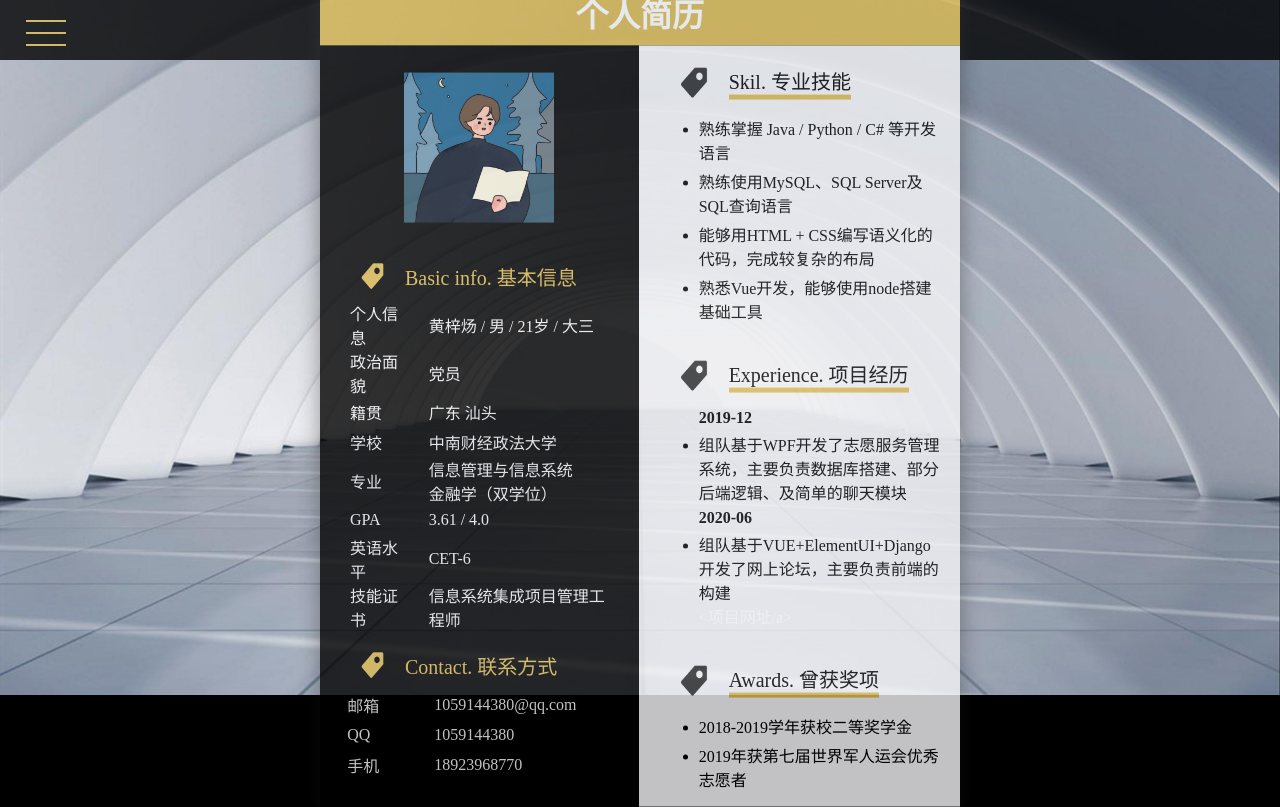
Repository: ustc-hzy/ziYang
Page: resume.html
The author's editor kept a copy of each file at every save. The page is drawn from the files as they stood at one save, then again after the next save.
The browser window is 1280 px wide. The pictures show the whole page.

Above is the page before, as saved 2020-06-18 18:31:47.

### resume.html
<!DOCTYPE html>
<html lang="en">
<head>
    <meta charset="UTF-8">
    <meta name="viewport" content="width=device-width, initial-scale=1.0">
    <link rel="stylesheet" href="css/style.css" type="text/css">
    <link rel="stylesheet" href="css/resume.css" type="text/css">
    <title>个人简历</title>
</head>
<body>
    <header>
        <!-- 导航栏部分 -->
        <div class="inner">
            <!-- 用于控制菜单栏开关 -->
            <input type="checkbox" id="ham">
            <!-- 菜单栏icon -->
            <label for="ham">
                <div class="hamburger-container">
                    <span></span>
                    <span></span>
                    <span></span>
                </div>
            </label>
            <!-- 菜单栏各项 -->
            <nav>
                <ul>
                    <li><a href="index.html">网站首页</a></li>
                    <li><a href="resume.html">个人简历</a></li>
                    <li><a href="album.html">旅行相册</a></li>
                    <li><a href="asset.html">PS作品集</a></li>
                    <li><a href="episode.html">剧集收藏</a></li>
                </ul>
            </nav>
            <!-- 打开菜单栏的遮罩 -->
            <div class="mask"></div>
        </div>

        <!-- 简历部分 -->
        <div class="content-container">
            <table>
                <caption class="table-title">个人简历</caption>
                <tr>
                    <!-- 左侧一列，共三行 -->
                    <td class="left-column">
                        <table>
                            <tr>
                                <!-- 头像 -->
                                <td class="left-column portary" align="center">
                                    <img src="img/user.png" width="150px">
                                </td>
                            </tr>
                            <tr>
                                <!-- 基本信息 -->
                                <td  align="center">
                                    <table>
                                        <div class="small-table-title"><img src="img/label.png" width="25px"> <span>Basic info. 基本信息</span></div>
                                        <tr>
                                            <td>个人信息</td>
                                            <td>黄梓炀 / 男 / 21岁 / 大三</td>
                                        </tr>
                                        <tr>
                                            <td>政治面貌</td>
                                            <td>党员</td>
                                        </tr>
                                        <tr>
                                            <td>籍贯</td>
                                            <td>广东 汕头</td>
                                        </tr>
                                        <tr>
                                            <td>学校</td>
                                            <td>中南财经政法大学</td>
                                        </tr>
                                        <tr>
                                            <td>专业</td>
                                            <td>
                                                <div>信息管理与信息系统</div>
                                                <div>金融学（双学位）</div>
                                            </td>
                                        </tr>
                                        <tr>
                                            <td>GPA</td>
                                            <td>3.61 / 4.0</td>
                                        </tr>
                                        <tr>
                                            <td>英语水平</td>
                                            <td>CET-6</td>
                                        </tr>
                                        <tr>
                                            <td>技能证书</td>
                                            <td>信息系统集成项目管理工程师</td>
                                        </tr>
                                    </table>
                                </td>
                            </tr>
                            <tr>
                                <!-- 联系方式 -->
                                <td align="center">
                                    <table class="contact">
                                        <div class="small-table-title"><img src="img/label.png" width="25px"> <span>Contact. 联系方式</span></div>
                                        <tr>
                                            <td class="label">邮箱</td>
                                            <td>1059144380@qq.com</td>
                                        </tr>
                                        <tr>
                                            <td class="label">QQ</td>
                                            <td>1059144380</td>
                                        </tr>
                                        <tr>
                                            <td class="label">手机</td>
                                            <td>18923968770</td>
                                        </tr>
                                    </table>
                                </td>
                            </tr>
                        </table>
                    </td>
                    <!-- 右侧一列，共三行 -->
                    <td class="right-column">
                        <table>
                            <tr>
                                <!-- 专业技能 -->
                                <td>
                                    <table class="skill">
                                        <div class="small-table-title"><img src="img/label_black.png" width="30px"><span>Skil. 专业技能</span></div>
                                        <ul>
                                            <li>熟练掌握 Java / Python / C# 等开发语言</li>
                                            <li>熟练使用MySQL、SQL Server及SQL查询语言</li>
                                            <li>能够用HTML + CSS编写语义化的代码，完成较复杂的布局</li>
                                            <li>熟悉Vue开发，能够使用node搭建基础工具</li>
                                        </ul>
                                    </table>
                                </td>
                            </tr>
                            <tr>
                                <!-- 实践经历 -->
                                <td>
                                    <table class="experience">
                                        <div class="small-table-title"><img src="img/label_black.png" width="30px"><span>Experience. 项目经历</span></div>
                                        <ul>
                                            <li class="date">2019-12</li>
                                            <li>组队基于WPF开发了志愿服务管理系统，主要负责数据库搭建、部分后端逻辑、及简单的聊天模块</li>
                                            <li class="date">2020-06</li>
                                            <li>组队基于VUE+ElementUI+Django开发了网上论坛，主要负责前端的构建
                                                <div><a href="http://47.107.33.14/dist/index.html"><项目网址/a> </div>
                                            </li>
                                        </ul>
                                    </table>
                                </td>
                            </tr>
                            <tr>
                                <!-- 曾获奖项 -->
                                <td>
                                    <table class="awards">
                                        <div class="small-table-title"><img src="img/label_black.png" width="30px"><span>Awards. 曾获奖项</span></div>
                                        <ul>
                                            <li>2018-2019学年获校二等奖学金</li>
                                            <li>2019年获第七届世界军人运会优秀志愿者</li>
                                        </ul>
                                    </table>
                                </td>
                            </tr>
                        </table>
                    </td>
                </tr>
            </table>
        </div>
    </header>
</body>
</html>

### css/style.css
body {
    height: 100%;
    width: 100%;
    margin: 0 auto;
    padding: 0 0 ;
    background-color: #000000;
    background-image: url(../img/user_bg.jpg);
    background-repeat: no-repeat;
    background-size: cover;
    overflow: auto;
}
header{
    height: 60px;
    background-color: #000000;
    opacity: 0.8;
}
.inner{
    width: 96%;
    margin: auto;
}
#ham{
    display: none;
}
/* 当chexkbox选中时，改变第一条线 */
#ham:checked + label .hamburger-container span:nth-child(1){
    transform: rotate(45deg);
    top: 11px;
    transition: transform .3s ease-in-out, top .3s ease-in-out 3s;
}
/* 当chexkbox选中时，第二条线消失 */
#ham:checked + label .hamburger-container span:nth-child(2){
    opacity: 0;
}
/* 当chexkbox选中时，改变第三条线 */
#ham:checked + label .hamburger-container span:nth-child(3){
    transform: rotate(-45deg);
    top: -11px;
    transition: transform .3s ease-in-out, top .3s ease-in-out 3s;
}
.hamburger-container span:nth-child(2){
    margin-top: 10px;
    transition: opacity .1s ease-in-out .1s;
}
.hamburger-container span:nth-child(3){
    margin-top: 10px;
}
.hamburger-container{
    display: block;
    width: 40px;
    height: 40px;
    position: relative;
    top: 20px;
    z-index: 100;
}
.hamburger-container span{
    display: block;
    height: 2px;
    background-color: #dbba53;
    position: relative;
    transition: transform .3s ease-in-out, top .3s ease-in-out .3s;
}
nav{
    position: absolute;
    z-index: 100;
    color: #fff;
    top: 50px;
    transform: scaleY(0); /* 垂直方向缩小到0，即关闭 */
    transition: all .3s ease-in-out;
    transform-origin: 50% 0; /* 将中心点移到顶部 */
    opacity: 0; /* 渐入渐出效果 */
}
/* 当chexkbox选中时，展示nav */
#ham:checked ~ nav{
    transform: scaleY(1); /* 垂直方向扩大到1，即打开 */
    opacity: 1;
    transition: all .3s ease-in-out;
}
.mask {
    width: 100vw;
    height: 100vh;
    position: fixed;
    top: 0;
    left: 0;
    background: #000000;
    opacity: 0;
    z-index: 10; /* 防止遮住要显示的部分 */
    transform: scaleY(0);
    transform-origin: 50% 0;
    transition: all .3s ease-in-out;
}
#ham:checked ~ .mask{
    opacity: 1;
    transform: scaleY(1);
    transition: all .3s ease-in-out;
}
nav ul{
    position: relative;
    right: 40px;
    margin-top: 2em;
    list-style-type:none;
    font-size: 35px;
}
nav ul li{
    margin-top: 1em;
}
nav ul li:hover{
    transform: scale(1.2, 1.2); /* transform从元素中心开始变化，不会影响到其他元素 */
}
nav ul li a:hover{
    color: #dbba53;
}
.name-container{
    position: absolute;
    top: 50%;
    left: 50%;
    transform: translate(-50%,-50%);
    z-index: 1;
    background-color: rgba(0,0,0,0.3); /* 此处使用opacity会让文字也变透明 */
    box-shadow: 0 5px 20px rgba(26,26,26,0.5);
}
.mid-name{
    color: #fff;
    font-size: 50px;
    border: 8px solid #fff;
    padding: 40px;
    text-align: center;
}
.mid-name .id{
    margin-top: 10px;
    font-size: 40px;
}
a{
    text-decoration: none;
    color: #ffffff;
}

### css/resume.css
/* 主题内容框 */
.content-container{
    position: absolute;
    top: 50%;
    left: 50%;
    transform: translate(-50%,-46%);
    z-index: 1;
    box-shadow: 0 5px 20px rgba(26,26,26,0.5);
}
table{
    border-spacing: 0;
}
table tr td {
    height: 30px;
    padding: 0px 10px;
}
/* 大标题 */
.table-title{
    color: #ffffff;
    font-size: 32px;
    font-weight: bold;
    padding: 10px 0 ;
    background-color: #dbba53;
}

/* 简历左侧部分 */
.left-column{
    width: 2000px;
    background-color: #000000;
    color: #f3f3f5;
}
/* 简历右侧部分 */
.right-column{
    width: 2000px;
    background-color: #f3f3f5;
}
/* 头像 */
.portary img{
    margin: 15px 0px;
}
/* 左侧小标题 */
.left-column .small-table-title{
    display: flex;
    flex-wrap: nowrap;
    margin-top: 20px;
    margin-bottom: 10px;
    font-size: 20px;
    color: #dbba53;
}
/* 右侧小标题 */
.right-column .small-table-title{
    display: flex;
    flex-wrap: nowrap;
    font-size: 20px;
    margin-top: 20px;
}
/* 右侧小标题下划线 */
.right-column .small-table-title span{
    border-bottom: 5px solid #dbba53;
}
.contact .label{
    position: relative;
    right: 35px;
}
.contact{
    margin-bottom: 15px;
}
/* 标签icon */
.small-table-title img{
    margin: 0 20px;
}
.right-column table tr{
    height: 45%;
}
ul .date{
    list-style-type: none;
    font-weight: bold;
}
ul li{
    margin: 5px 0 ;
}

After the next save:
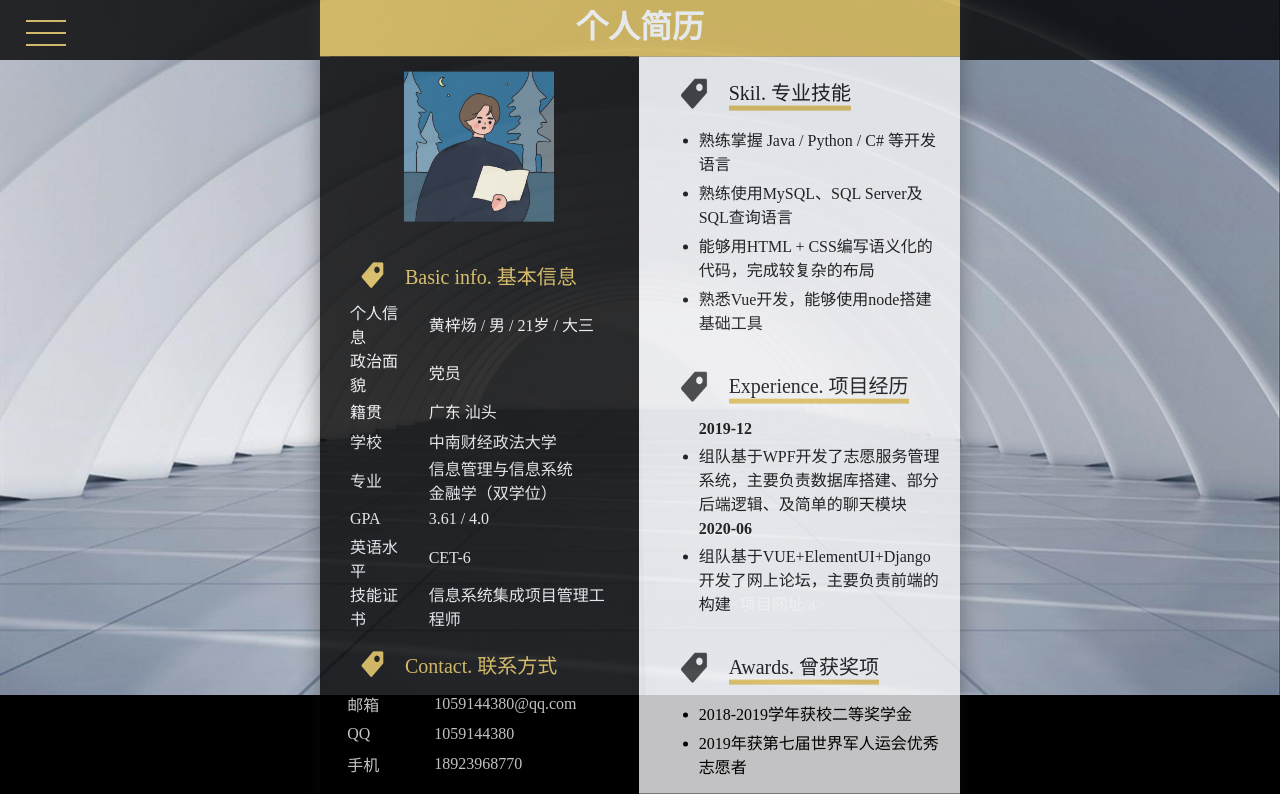
Saved 4 s later.
--- a/resume.html
+++ b/resume.html
@@ -140,8 +140,7 @@
                                             <li class="date">2019-12</li>
                                             <li>组队基于WPF开发了志愿服务管理系统，主要负责数据库搭建、部分后端逻辑、及简单的聊天模块</li>
                                             <li class="date">2020-06</li>
-                                            <li>组队基于VUE+ElementUI+Django开发了网上论坛，主要负责前端的构建
-                                                <div><a href="http://47.107.33.14/dist/index.html"><项目网址/a> </div>
+                                            <li>组队基于VUE+ElementUI+Django开发了网上论坛，主要负责前端的构建<a href="http://47.107.33.14/dist/index.html"><项目网址/a>
                                             </li>
                                         </ul>
                                     </table>
